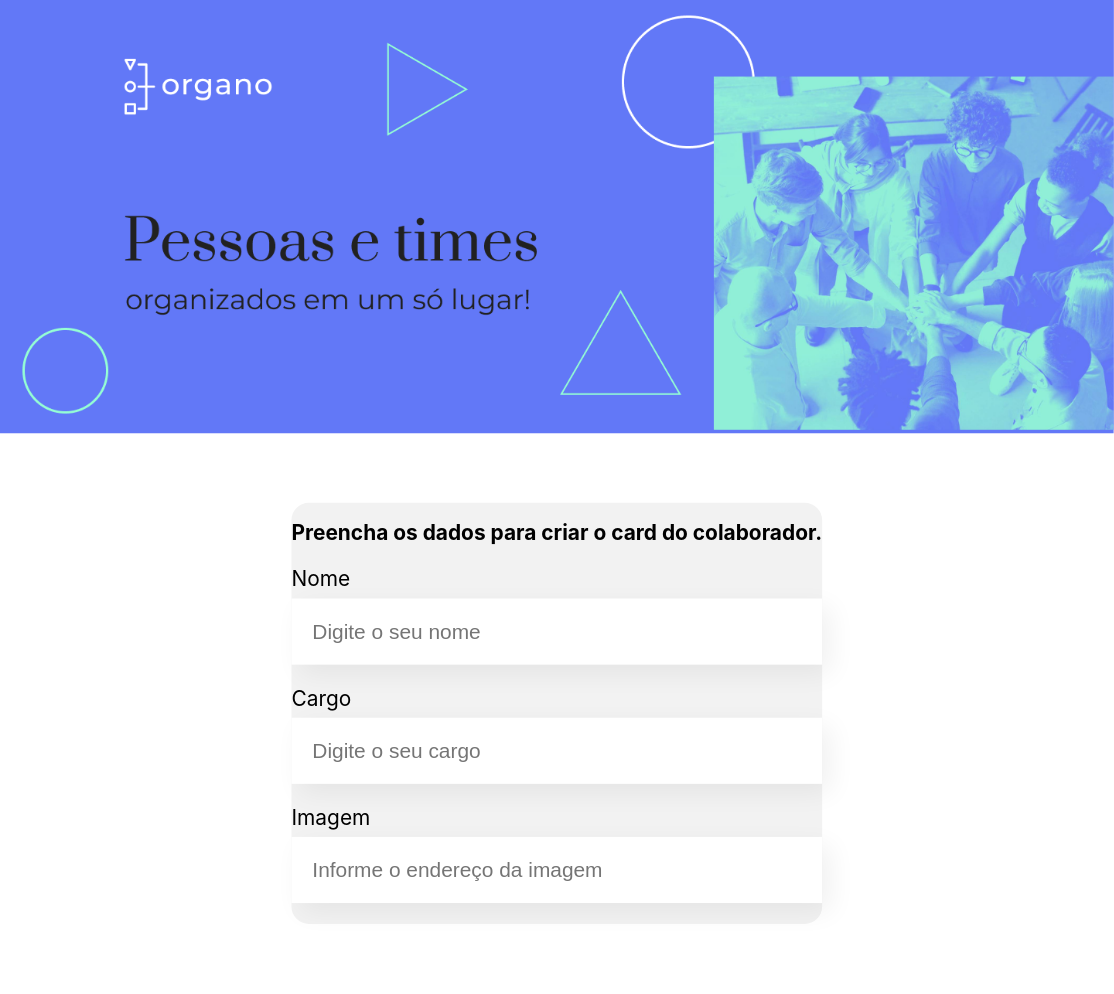
Repository: devMuriloOliveira/organo
Page: /
These files come from the project's save history. The page is drawn as it stood at one moment and after the next save; the edit follows.
The browser window is 1280 px wide. The pictures show the whole page, at 87% of full size.
The project was rebuilt for these pictures with package versions that can differ from the ones it lists, and the page was loaded fresh each time.

Above is the page before, as saved 2023-01-10 19:06:55.

### src/App.js

import Banner from './componentes/Banner/Banner'
import Formulario from './componentes/Formulario'


function App() {
  return (
    <div className="App">
      <Banner/>
      <Formulario/>


    </div>
  )
}

export default App

### src/componentes/Banner/Banner.js
import './Banner.css'

function Banner() {
  return (
    <header className="banner">
      <img src="/imagens/banner.png" alt="O banner principal da pagina Organo"/>
    </header>


    )

}

export default Banner

### src/componentes/Formulario/index.js
import CampoTexto from '../CampoTexto'
import './Formulario.css'

const Formulario = () =>{
  return(
    <section className='formulario'>
      <form>
        <h2>Preencha os dados para criar o card do colaborador.</h2>
      <CampoTexto label="Nome" placeholder="Digite o seu nome"/>
      <CampoTexto label="Cargo" placeholder="Digite o seu cargo"/>
      <CampoTexto label="Imagem" placeholder="Informe o endereço da imagem"/>
      </form>
    </section>
  )
}

export default Formulario

### src/componentes/Banner/Banner.css
.banner {
  background-color: #6278F7;
  text-align: center;
}

.banner img {
  max-width: 100%;
}

### src/componentes/CampoTexto/index.js
import './CampoTexto.css'

const CampoTexto = (props) =>{

  return(
    <div className="campo-texto">
      <label>{props.label}</label>
      <input placeholder={props.placeholder}/>
    </div>
  )
}

export default CampoTexto

### src/componentes/Formulario/Formulario.css
.formulario {
  display: flex;
  justify-content: center;
  margin: 80px 0;
}

.formulario form {
  max-width: 80%;
  background-color: #f2f2f2;
  border-radius: 20px;
}

### src/componentes/CampoTexto/CampoTexto.css
.campo-texto {
  margin: 24px 0;
}

.campo-texto label {
  display: block;
  margin-bottom: 8px;
  font-size: 24px;
}

.campo-texto input {
  background-color: #fff;
  box-shadow: 10px 10px 30px rgba(0, 0, 0, 0.06);
  width: 100%;
  border: none;
  font-size: 24px;
  padding: 24px;
  box-sizing: border-box;
}

Loaded but not shown: public/index.html (common file); src/index.js (common file); src/index.css (common file)

After the next save:
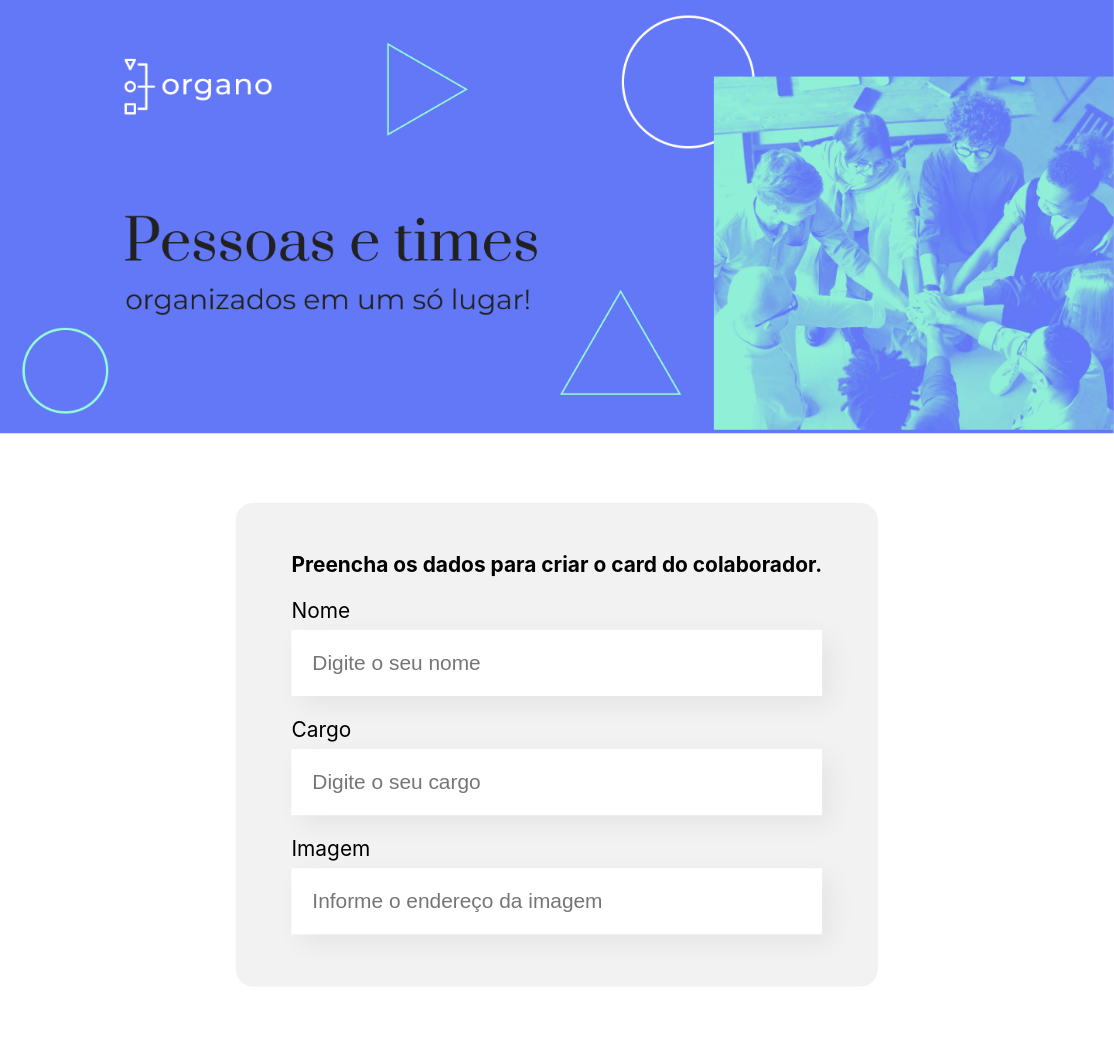
Saved 12 s later.
--- a/src/componentes/Formulario/Formulario.css
+++ b/src/componentes/Formulario/Formulario.css
@@ -8,4 +8,5 @@
   max-width: 80%;
   background-color: #f2f2f2;
   border-radius: 20px;
+  padding: 36px 64px;
 }
